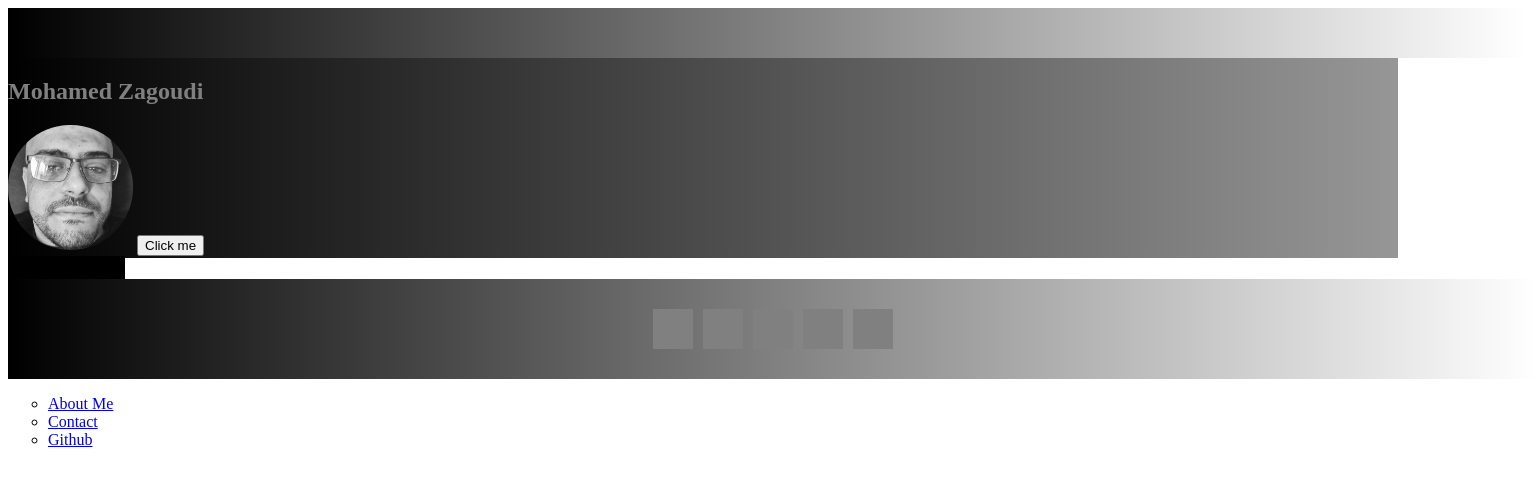
Repository: Mohzagou/Eersteportofolio
Page: index.html
The author's editor kept a copy of each file at every save. The page is drawn from the files as they stood at one save, then again after the next save.
The browser window is 1280 px wide. The page is 1537 px wide, so the pictures cover 1537 px, including what lies to the right of the window. The pictures show the whole page.

Above is the page before, as saved 2022-06-07 23:18:10.

### index.html
<!DOCTYPE html>


<head>
    <link rel="stylesheet" href="styles.css" />
    <meta charset="UTF-8">

    <title>Document</title>
</head>

<body>

    <header></header>
    <div class="about-me">
        <h2 id="name">Mohamed Zagoudi</h2>
        <img class="avatar" src="images/67gwzvy.jpeg" alt="Mohamed Zagoudi headshot">
        <button>Click me</button>
        <div class="container">
            <div class="button-container">
                <div class="bottom side"></div>
                <div class="left side"></div>
                <div class="right side"></div>
                <div class="top side"></div>
                <button class="button side" type="button">Click Me</button>
            </div>
        </div>

        <section>
            <div class="test"></div>
            <div class="test"></div>
            <div class="test"></div>
            <div class="test"></div>
            <div class="test"></div>
        </section>
        <footer>
            <ul style="list-style-type: circle ">
                <li><a href=" ">About Me</a></li>
                <li><a href=" ">Contact</a></li>
                <li><a href="https://github.com/Mohzagou ">Github</a></li>

            </ul>

        </footer>



</body>



</html>

### styles.css
                body {
                display: flex;
                flex-direction: column;
            }

            header {
                width: 120%;
                height: 50px;
                background-image: linear-gradient(to right, black, grey, white);
                /*background-color: rgb(113, 74, 145);*/
            }

            section {
                width: 110%;
                height: 100px;
                background-image: linear-gradient(to right, black, grey, white);
                background-color: #234def;
                display: flex;
                align-items: center;
                justify-content: center;
            }

            .about-me {
                width: 110%;
                height: 200px;
                background-image: repeating-linear-gradient(to right, black, grey, white 170%);
                /*background-color: rgb(177, 69, 21, 0.8);*/
                /*margin: 10px 0 10px 0;
    border: solid black 10px;
    border-radius: 15px;*/
            }

            .avatar {
                width: 125px;
                border-radius: 62px;
                background-image: repeating-linear-gradient(to right, black, grey, 110%);
            }

            #name {
                color: grey;
            }

            .test {
                width: 40px;
                height: 40px;
                background-color: grey;
                margin: 5px;
            }

            .button {
                border: 0;
                padding: 0 20px;
                font-size: 20px;
                background-color: black;
                background-image: white;
                box

After the next save:
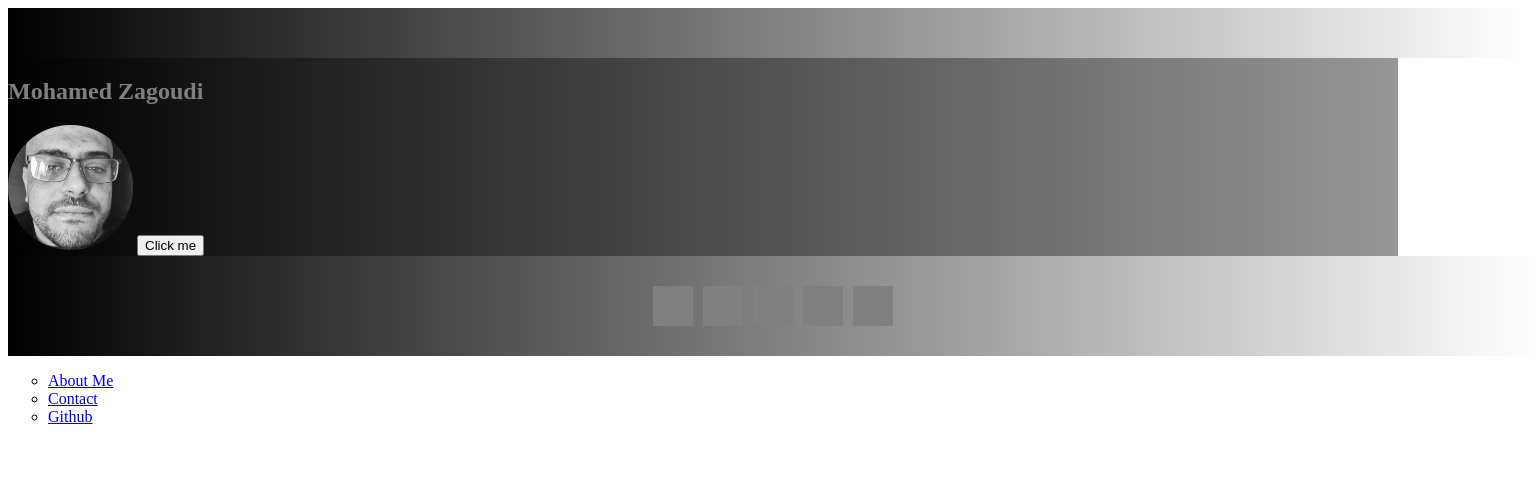
Saved 8 s later.
--- a/index.html
+++ b/index.html
@@ -15,15 +15,7 @@
         <h2 id="name">Mohamed Zagoudi</h2>
         <img class="avatar" src="images/67gwzvy.jpeg" alt="Mohamed Zagoudi headshot">
         <button>Click me</button>
-        <div class="container">
-            <div class="button-container">
-                <div class="bottom side"></div>
-                <div class="left side"></div>
-                <div class="right side"></div>
-                <div class="top side"></div>
-                <button class="button side" type="button">Click Me</button>
-            </div>
-        </div>
+
 
         <section>
             <div class="test"></div>
